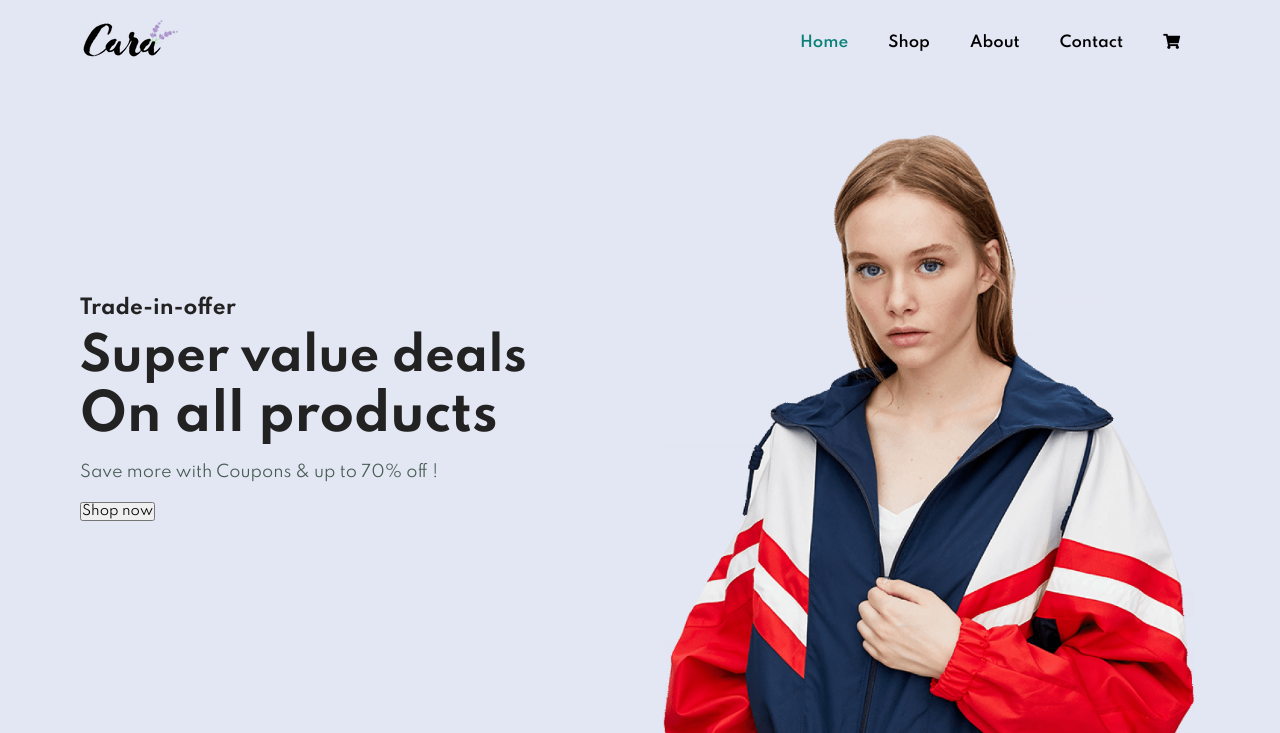
Repository: Daryllgio/E-Commerce-Website-UI
Page: index.html
The author's editor kept a copy of each file at every save. The page is drawn from the files as they stood at one save, then again after the next save.
The browser window is 1280 px wide. The pictures show the whole page.
Some web libraries are served in a nearby version.

Above is the page before, as saved 2024-12-31 11:53:57.

### index.html
<!DOCTYPE html>
<html lang="en">

<head>
    <meta charset="UTF-8">
    <meta http-equiv="X-UA-Compatible" content="IE=edge">
    <meta name="viewport" content="width=device-width, initial-scale=1.0">
    <title>Tech2etc Ecommerce Tutorial</title>
    <link rel="stylesheet" href="https://pro.fontawesome.com/releases/v5.10.0/css/all.css" />

    <link rel="stylesheet" href="style.css">
</head>

<body>
    <section id="header">
        <a href="#"><img src="img/logo.png" id="logo" class="logo" alt=""></a>

        <div>
            <ul id="navbar">
                <li>
                    <a class="active" href="index.html">Home</a>
                </li>
                <li>
                    <a href="shop.html">Shop</a>
                </li>
                <li>
                    <a href="about.html">About</a>
                </li>
                <li>
                    <a href="contact.html">Contact</a>
                </li>
                <li>
                    <a href="cart.html"><i class="fa fa-shopping-cart" aria-hidden="true"></i></a>
                </li>

            </ul>
        </div>
    </section>

    <section id="HomeHeaderContent">
        <h4>
            Trade-in-offer
        </h4>
        <h2>
            Super value deals
        </h2>
        <h1>
            On all products
        </h1>
        <p>
            Save more with Coupons & up to 70% off !
        </p>
        <button>
            Shop now
        </button>

    </section>


    <script src="script.js"></script>
</body>

</html>

### style.css
@import url("https://fonts.googleapis.com/css2?family=Spartan:wght@100;200;300;400;500;600;700;800;900&display=swap");

* {
  margin: 0;
  padding: 0;
  box-sizing: border-box;
  font-family: "Spartan", sans-serif;
}

html {
  scroll-behavior: smooth;
}

/* Global Styles */

h1 {
  font-size: 50px;
  line-height: 64px;
  color: #222;
}

h2 {
  font-size: 46px;
  line-height: 54px;
  color: #222;
}

h4 {
  font-size: 20px;
  color: #222;
}

h6 {
  font-weight: 700;
  font-size: 12px;
}

p {
  font-size: 16px;
  color: #465b52;
  margin: 15px 0 20px 0;
}

.section-p1 {
  padding: 40px 80px;
}

.section-m1 {
  margin: 40px 0;
}

body {
  width: 100%;
}

#header {
  display: flex;
  align-items: center;
  justify-content: space-between;
  padding: 20px 80px;
  background: #E3E6F3;
  box-shadow: 0 5px 15px rgba(0, 0, 0, 0.06);
}



#navbar {
  display: flex;
  align-items: center;
  justify-content: center;
}

#navbar li {
  list-style: none;
  padding: 0px 20px;
}

#navbar li a {
  text-decoration: none;
  font-size: 15px;
  font-weight: 600;
  color: #000;
  transition: 0.3s ease;
}

#navbar li a:hover,
#navbar li a.active {
  color: #088178;
}

#HomeHeaderContent {
  background-image: url("img/hero4.png");
  height: 90vh;
  width: 100%;
  background-size: cover;
  background-position: top 25% right 0;
  padding: 0 80px;
  align-items: flex-start;
  display: flex;
  flex-direction: column;
  justify-content: center;
}

#HomeHeaderContent h4 {
  margin-bottom: 10px;
}

Loaded but not shown: script.js (common file)

After the next save:
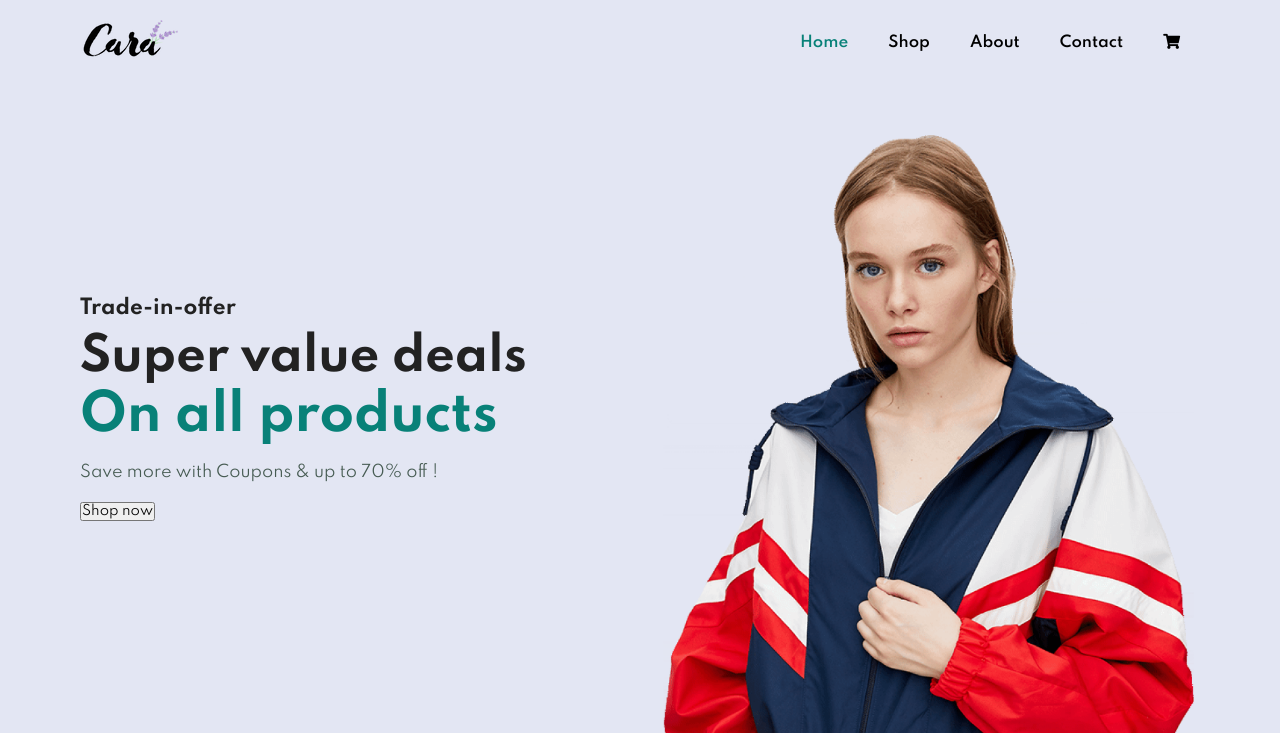
Saved 24 s later.
--- a/style.css
+++ b/style.css
@@ -104,3 +104,7 @@ body {
 #HomeHeaderContent h4 {
   margin-bottom: 10px;
 }
+
+#HomeHeaderContent h1 {
+  color: #088178;
+}
